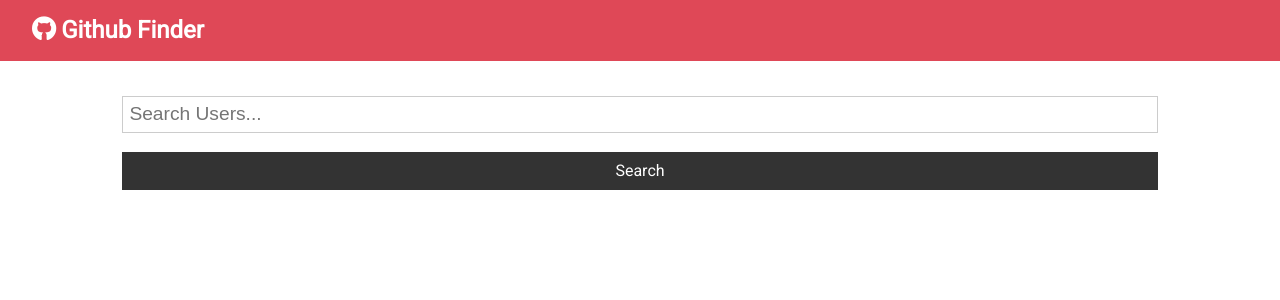
Repository: buddykaroon/github-finder
Page: /
An editor plug-in stored every save of this project. The page is shown before and after the next save, followed by the edit.
The browser window is 1280 px wide. The pictures show the whole page.
Some web libraries are served in a nearby version. The project was rebuilt for these pictures with package versions that can differ from the ones it lists, and the page was loaded fresh each time. Also part of the build but not shown: src/components/users/UserItem.js, src/components/layout/Spinner.js.

Above is the page before, as saved 2020-01-30 16:32:19.

### src/App.js
import React, {Component} from 'react';
import './App.css';
import Navbar from './components/layout/Navbar';
import Users from './components/users/Users';
import axios from 'axios';
import Search from './components/users/Search';
import { render } from '@testing-library/react';

class App extends Component {
  state = {
    users: [],
    loading: false
  }

  // async componentDidMount() {
  //   this.setState({loading:true});
  //   const res = await axios.get(`https://api.github.com/users?client_id=${process.env.REACT_APP_GITHUB_CLIENT_ID}&
  //   ${process.env.REACT_APP_GITHUB_CLIENT_SECRET}`);
  //   this.setState({users:res.data, loading:false});
  // }
  //Search Github Users
  searchUsers = async text => {
    const res = await axios.get(`https://api.github.com/search/users?q=${text}&client_id=${process.env.REACT_APP_GITHUB_CLIENT_ID}&
    ${process.env.REACT_APP_GITHUB_CLIENT_SECRET}`);
    this.setState({users:res.data, loading:false});
  }
  render()
  {
    return (
      <div className="App">
        <Navbar />
        <div className="container">
        <Search searchUsers = {this.searchUsers}></Search>
        <Users loading = {this.state.loading} users = {this.state.users}></Users>
        </div>
      </div>
    );
  }
};

export default App;

### src/components/layout/Navbar.js
import React, { Component } from 'react'
import PropTypes from 'prop-types'

const  Navbar = ({icon, title}) => {
        return (
            <nav className = "navbar bg-primary">
                <h1>
                <i className = {icon}></i> {title} </h1>
            </nav>
        );
};
//Passing in properties.
Navbar.defaultProps = {
    title: 'Github Finder',
    icon: 'fab fa-github'
};
//Requirements
Navbar.propTypes = {
    title: PropTypes.string.isRequired,
    icon: PropTypes.string.isRequired
};
export default Navbar

### src/components/users/Users.js
import React, { Component } from 'react'
import UserItem from './UserItem'
import PropTypes from 'prop-types'
import Spinner from '../layout/Spinner'
const Users = ({users, loading}) => {
    if (loading){
        return <Spinner></Spinner>
    }
    else {
        return (
            <div style = {userStyle}>
                {users.map(user =>
                    (
                    <UserItem key = {user.id} user = {user}/>
                    )
                    )}
            </div>
        );
    }
}

const userStyle = {
    display : 'grid',
    gridTemplateColumns: 'repeat(3, 1fr)',
    gridGap: '1rem'
}

Users.propTypes = {
    users: PropTypes.array.isRequired,
    loading: PropTypes.bool.isRequired
}
export default Users

### src/components/users/Search.js
import React, { Component } from 'react'

export class Search extends Component {
    state = {
        text:''
    }
    onSubmit = (e) => {
        e.preventDefault();
        this.props.searchUsers(this.state.text);
        this.setState({text: ''});
    }
    onChange = (e) => {
        this.setState( {text:e.target.value} );

    }
    render() {
        return (
            <div>
                <form onSubmit={this.onSubmit} className = "form">
                <input type="text" name = "text" placeholder = "Search Users..." value = {this.state.text} onChange = {this.onChange}/>
                <input type="submit" value = "Search" className = "btn btn-dark btn-block" />
                </form>
            </div>
        )
    }
}

export default Search

Loaded but not shown: public/index.html (common file); src/index.js (common file); src/App.css (common file)

After the next save:
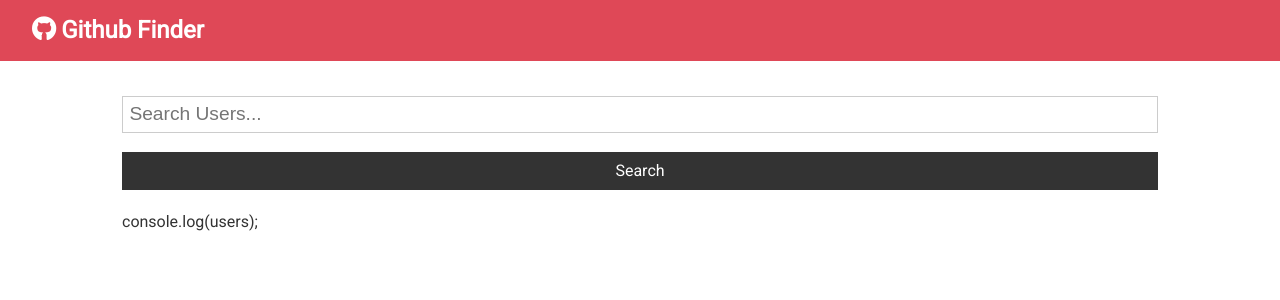
Saved 12 s later.
--- a/src/components/users/Users.js
+++ b/src/components/users/Users.js
@@ -9,6 +9,7 @@
     else {
         return (
             <div style = {userStyle}>
+                console.log(users);
                 {users.map(user =>
                     (
                     <UserItem key = {user.id} user = {user}/>

After the 2 saves that followed:
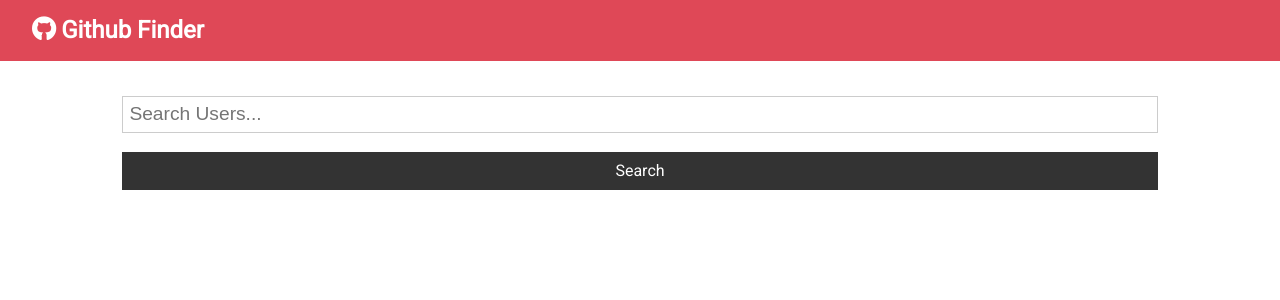
The 2 saves are shown as one change because 1 did not build or start.
The last was saved 11 s later.
--- a/src/components/users/Users.js
+++ b/src/components/users/Users.js
@@ -9,7 +9,7 @@
     else {
         return (
             <div style = {userStyle}>
-                console.log(users);
+
                 {users.map(user =>
                     (
                     <UserItem key = {user.id} user = {user}/>
